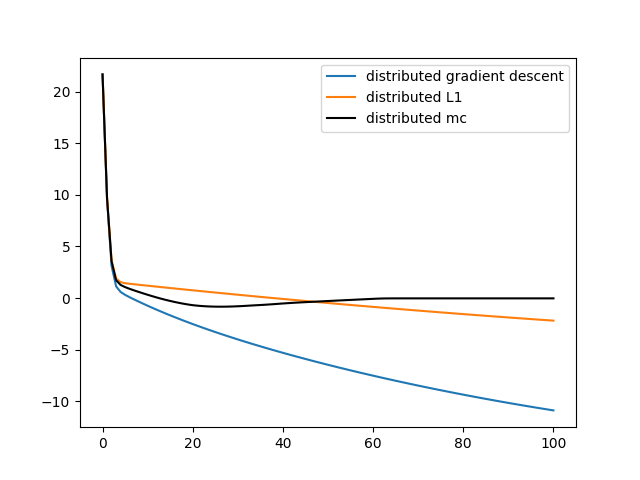
Repository: komuro-zero/distributed-optimization
Script's output: python main_weakly_sparse.py
These files come from the project's save history. The script's output is drawn as it stood at one moment and after the next save; the edit follows.
Random numbers start from a fixed seed.

Above is the script's output before, as saved 2019-09-27 09:38:03.

After the next save:
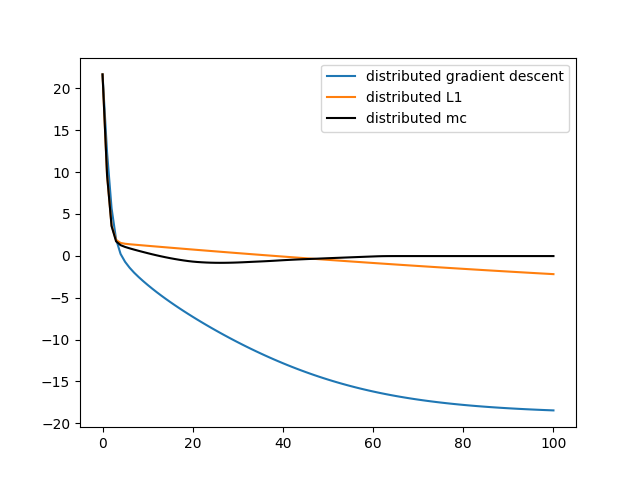
Saved 16 s later.
--- a/main_weakly_sparse.py
+++ b/main_weakly_sparse.py
@@ -53,7 +53,7 @@ class distributed_updates(functions):
         #self.distributed_gradient_descent_wj(U_all,d_all,w_star,L2,self.N,self.m,self.r_i,0.25,self.iteration,c,w_all,wcgd)
         #self.distributed_L1_wj(U_all,d_all,w_star,L2,self.N,self.m,self.r_i,10**-4,0.24,self.iteration,c,w_all,wcl1)
         #self.distributed_mc_wj(U_all,d_all,w_star,L2,self.N,self.m,self.r_i,self.lamb,self.eta,self.rho,self.iteration,c,w_all,wcmc)
-        self.distributed_gradient_descent(U_all,d_all,w_star,L2,self.N,self.m,self.r_i,0.021,self.iteration,c,w_all)
+        self.distributed_gradient_descent(U_all,d_all,w_star,L2,self.N,self.m,self.r_i,0.1,self.iteration,c,w_all)
         self.distributed_L1(U_all,d_all,w_star,L2,self.N,self.m,self.r_i,10**-4,0.0024,self.iteration,c,w_all)
         self.distributed_mc(U_all,d_all,w_star,L2,self.N,self.m,self.r_i,self.lamb,self.eta,self.rho,self.iteration,c,w_all)
 
